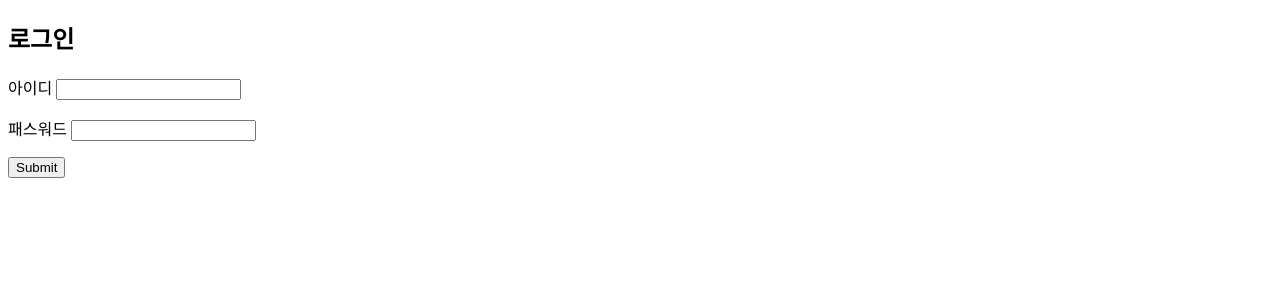
Repository: kiyongee2/space_jspworks
Page: http://localhost/jweb01/cart/loginForm.jsp
An editor plug-in stored every save of this project. The page is shown before and after the next save, followed by the edit.
The browser window is 1280 px wide. The pictures show the whole page.
The page is served by Tomcat 10.

Above is the page before, as saved 2025-10-13 01:57:55.

After the next save:
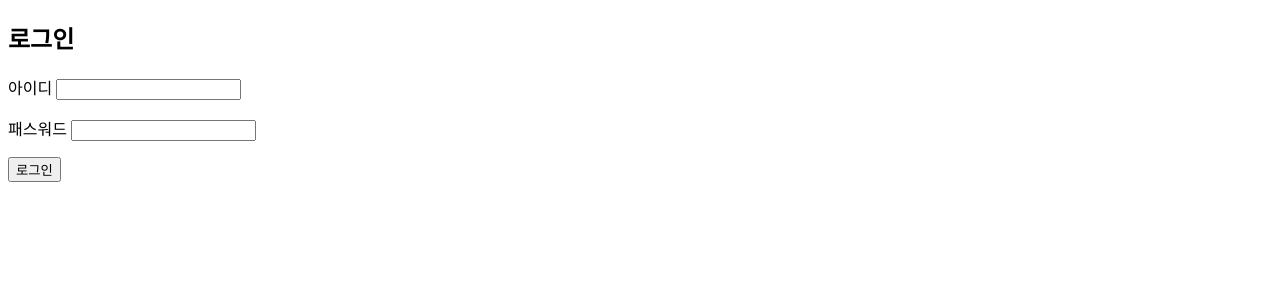
Saved 2 min 26 s later.
--- a/jweb01/src/main/webapp/cart/loginForm.jsp
+++ b/jweb01/src/main/webapp/cart/loginForm.jsp
@@ -11,7 +11,7 @@
 	<form action="session01_process.jsp" method="post">
 		<p>아이디 <input type="text" name="id"></p>
 		<p>패스워드 <input type="password" name="passwd"></p>
-		<p><input type="submit" name="로그인"></p>
+		<p><input type="submit" value="로그인"></p>
 	</form>
 </body>
 </html>
